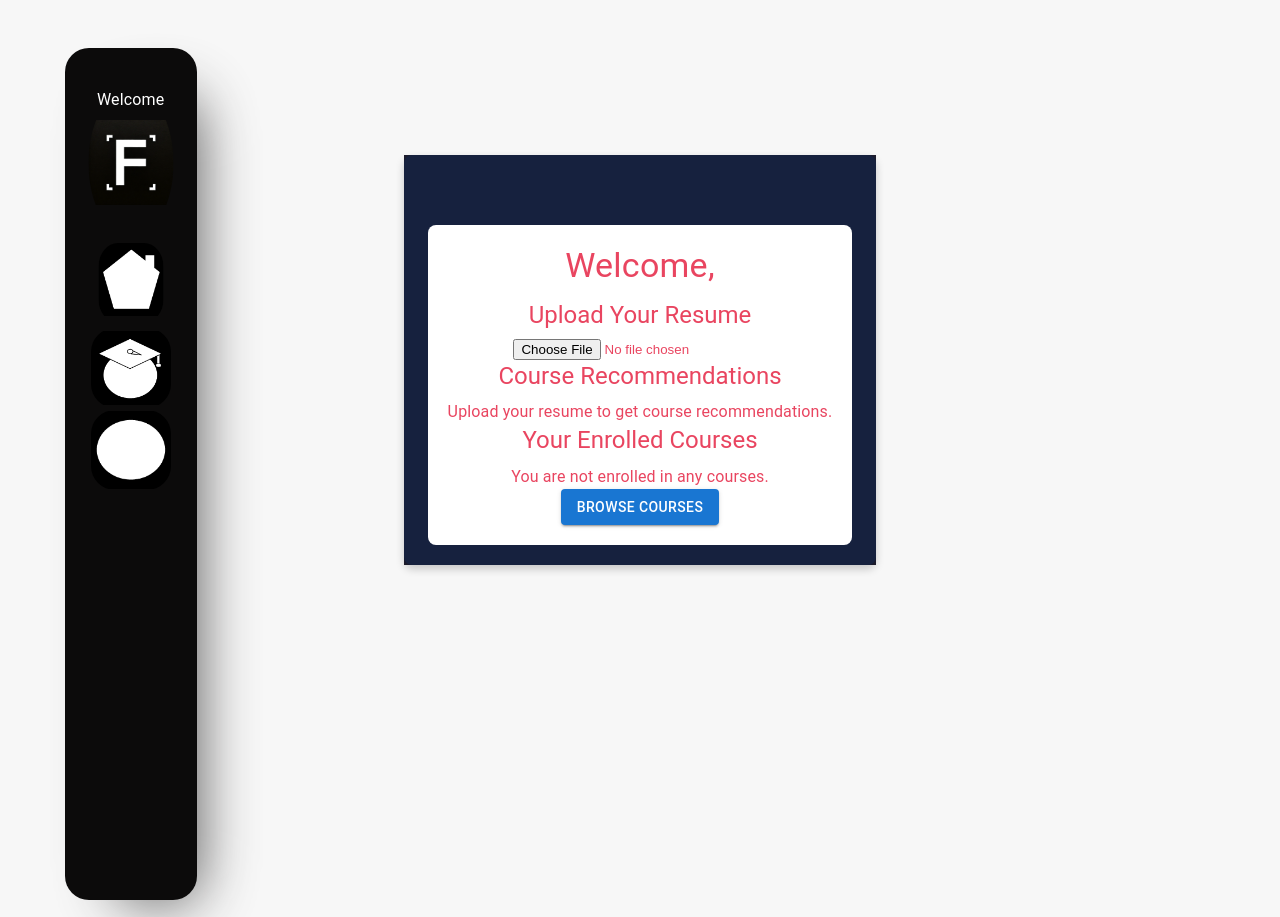
Repository: jvt2/OnlineCourseApp
Page: /dashboard
The author's editor kept a copy of each file at every save. The page is drawn from the files as they stood at one save, then again after the next save.
The browser window is 1280 px wide. The pictures show the whole page.
The page's requests for data from a server got no answer. The project was rebuilt for these pictures with package versions that can differ from the ones it lists, and the page was loaded fresh each time. No one was signed in, and anything a server would have sent is missing. Also part of the build but not shown: src/features/auth/Register.js, src/features/auth/Login.js, src/features/courses/ResumeUpload.js, src/features/courses/CourseRecommendations.js, src/components/common/MyModal.js, src/features/courses/CourseCatalog.js, src/features/courses/CourseDetail.js, src/components/common/Navbar.js and 3 more. Imported but missing from the stored project, and not drawn on this page: src/app/reportWebVitals.

Above is the page before, as saved 2024-07-15 11:20:23.

After the next save:
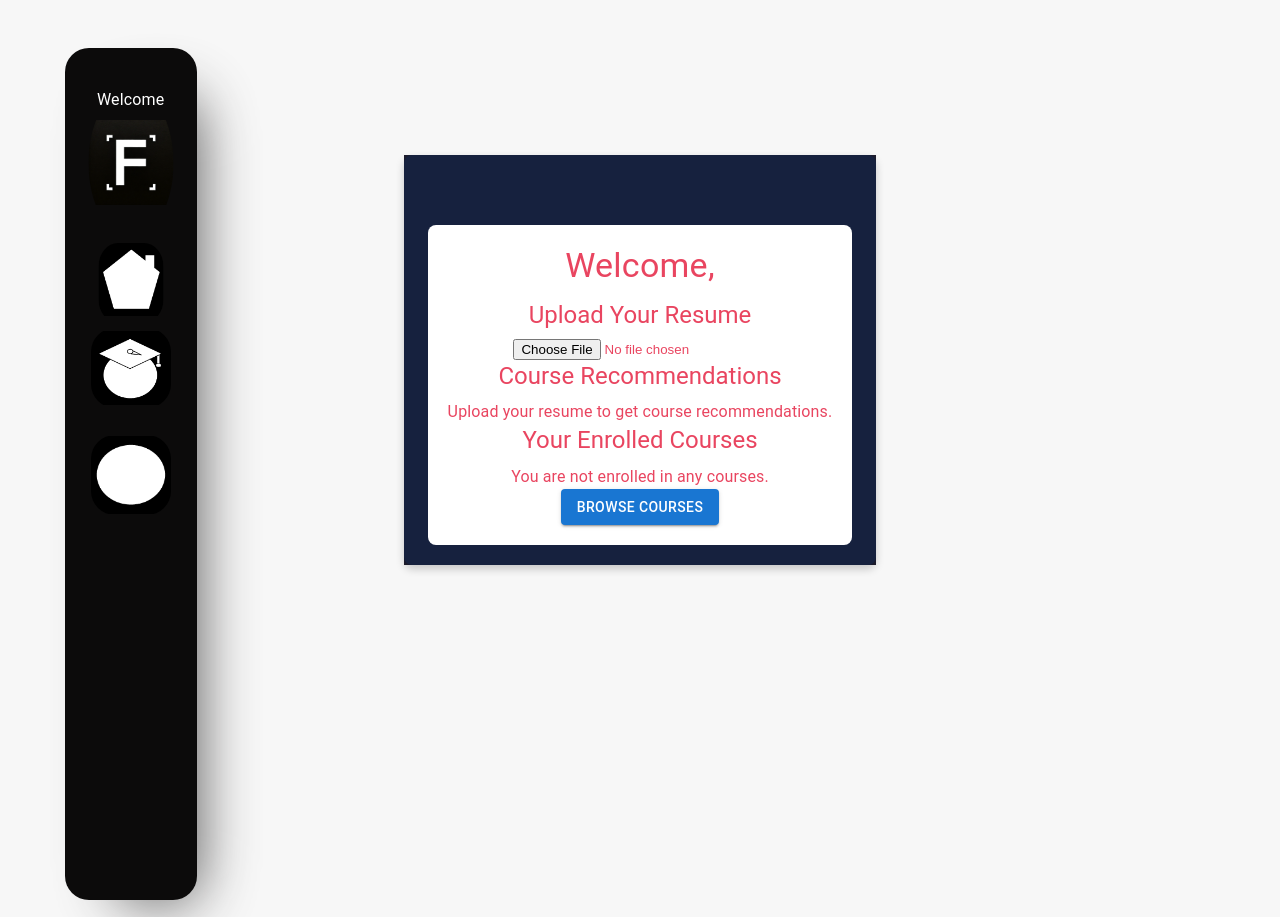
Saved 29 s later.
--- a/src/features/dashboard/Dashboard.css
+++ b/src/features/dashboard/Dashboard.css
@@ -104,7 +104,7 @@
   }
 
   .icon-user {
-    top: 42.46%;
+    top: 45.46%;
     width: 80px;
     height: 80px;
     background-position: center;
